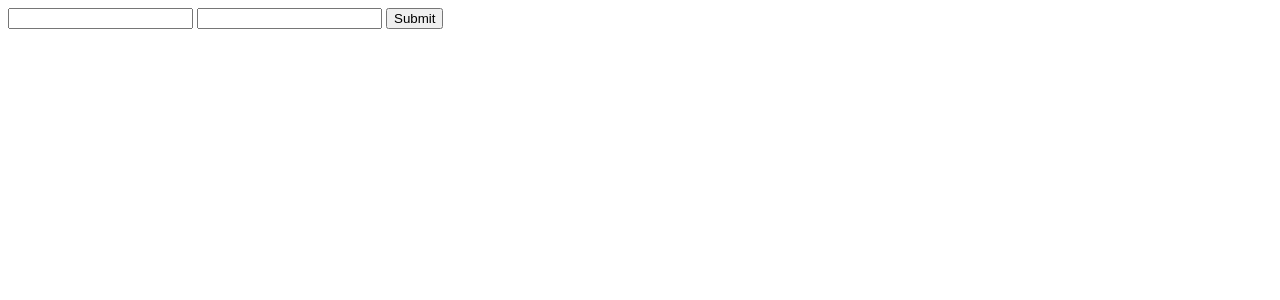
Repository: saikumarlaveti/Servlets
Page: LoginForm/src/main/webapp/LoginPage.html
The author's editor kept a copy of each file at every save. The page is drawn from the files as they stood at one save, then again after the next save.
The browser window is 1280 px wide. The pictures show the whole page.

Above is the page before, as saved 2024-10-04 09:46:04.

### LoginForm/src/main/webapp/LoginPage.html
<!DOCTYPE html>
<html>
<head>
<meta charset="UTF-8">
<title>Insert title here</title>
</head>
<body>
<form action="valid" method="post">
<input type="text" name="name">
<input type="text" name="password">
<input type="submit">
</form>
</body>
</html>

After the next save:
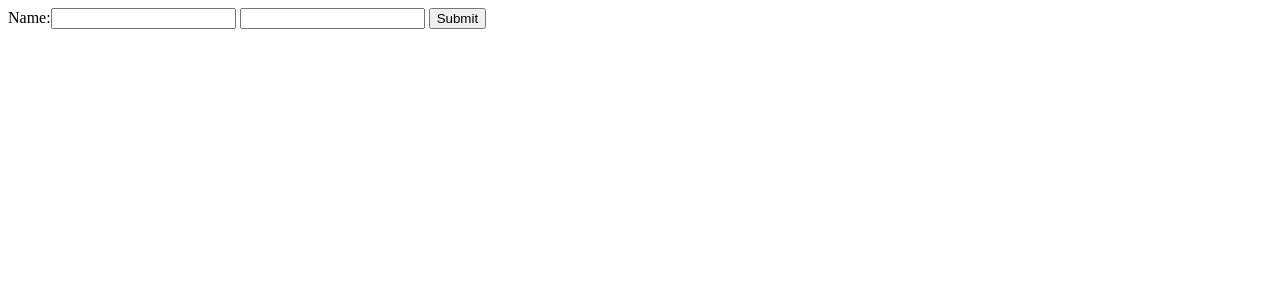
Saved 9 min 24 s later.
--- a/LoginForm/src/main/webapp/LoginPage.html
+++ b/LoginForm/src/main/webapp/LoginPage.html
@@ -6,7 +6,7 @@
 </head>
 <body>
 <form action="valid" method="post">
-<input type="text" name="name">
+Name:<input type="text" name="name">
 <input type="text" name="password">
 <input type="submit">
 </form>
